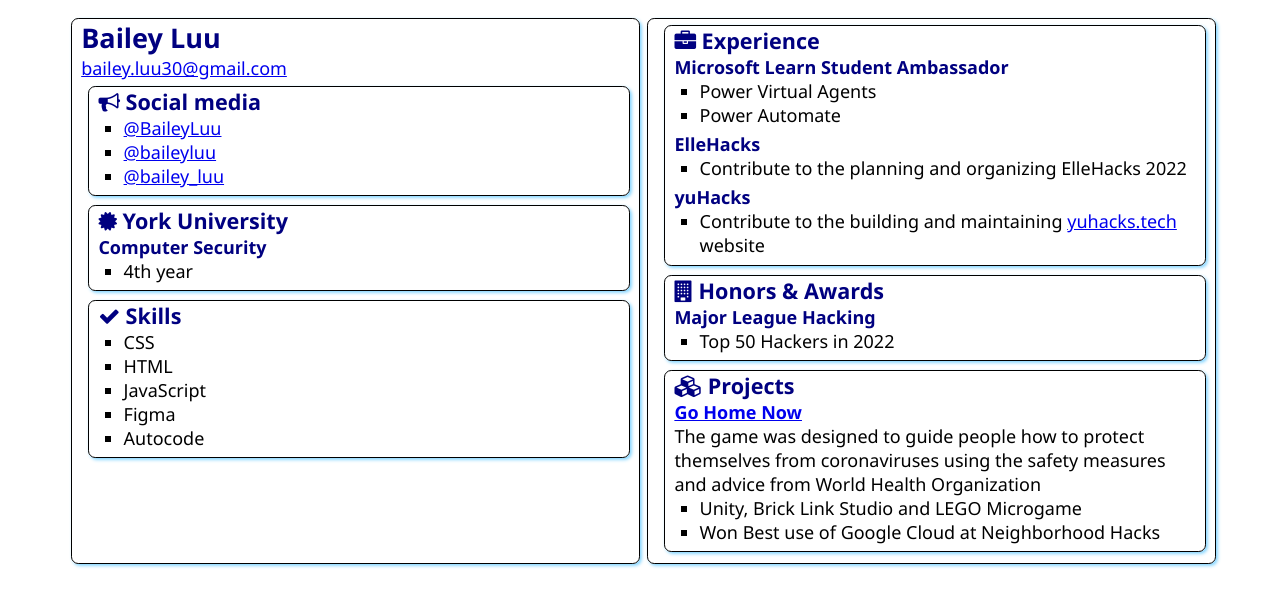
Repository: BaileyLuu/SATechnicalOnboarding
Page: src/index.html
An editor plug-in stored every save of this project. The page is shown before and after the next save, followed by the edit.
The browser window is 1280 px wide. The pictures show the whole page.

Above is the page before, as saved 2022-07-27 21:02:46.

After the next save:
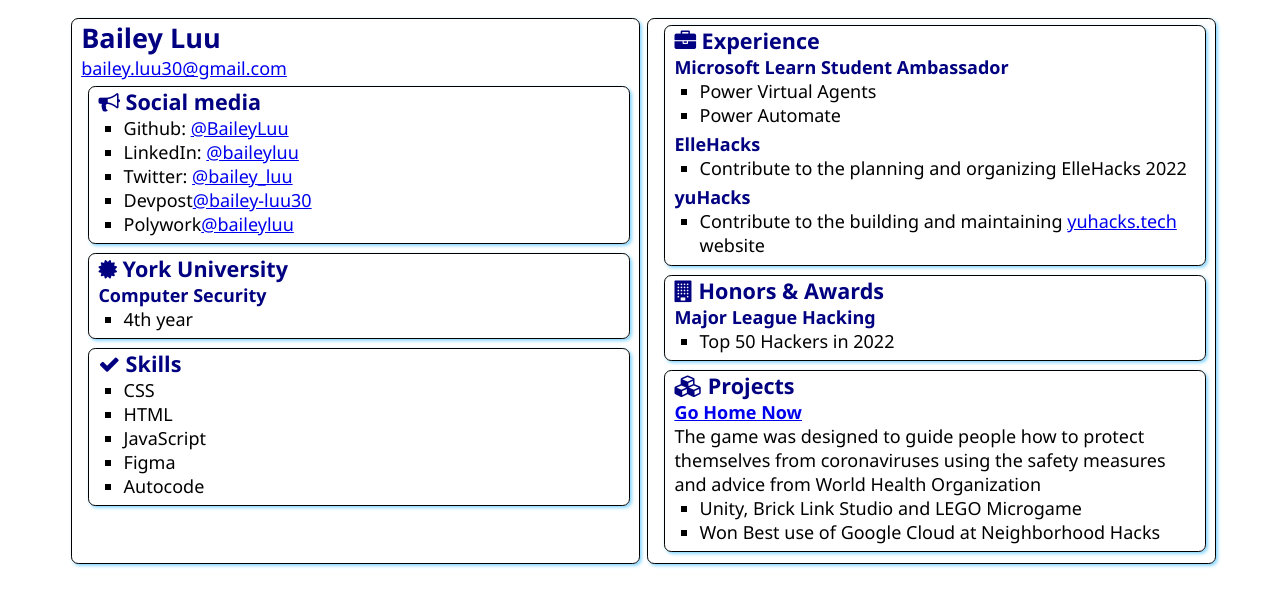
Saved 2 min 28 s later.
--- a/src/index.html
+++ b/src/index.html
@@ -21,9 +21,11 @@
                     Social media
                 </h2>
                 <ul>
-                    <li><a href="https://github.com/BaileyLuu">@BaileyLuu</a></li>
-                    <li><a href="https://linkedin.com/in/baileyluu">@baileyluu</a></li>
-                    <li><a href="https://twitter.com/bailey_luu">@bailey_luu</a></li>
+                    <li>Github: <a href="https://github.com/BaileyLuu">@BaileyLuu</a></li>
+                    <li>LinkedIn: <a href="https://linkedin.com/in/baileyluu">@baileyluu</a></li>
+                    <li>Twitter: <a href="https://twitter.com/bailey_luu">@bailey_luu</a></li>
+                    <li>Devpost<a href="https://devpost.com/bailey-luu30">@bailey-luu30</a></li>
+                    <li>Polywork<a href="https://www.polywork.com/baileyluu">@baileyluu</a></li>
                 </ul>
             </section>
 
